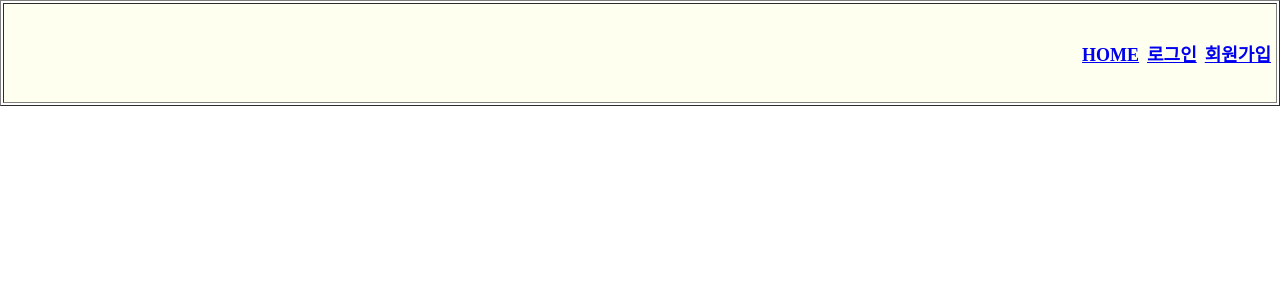
Repository: CHANGMAN-LEE/Java_ee
Page: workspace/test/WebContent/test/index.html
An editor plug-in stored every save of this project. The page is shown before and after the next save, followed by the edit.
The browser window is 1280 px wide. The pictures show the whole page.

Above is the page before, as saved 2020-07-09 05:48:58.

### workspace/test/WebContent/test/index.html
<!DOCTYPE html>
<html>
<head>
<meta charset="EUC-KR">
<title>Insert title here</title>
</head>
<body marginheight="0" marginwidth="0">
<table style="width: 100%; height: 100%" border="1">
	<tr height="100" colspan="2" align="center" style="background-color:#FFFFEBCD">
		<td align="right">
				<a href="../test/index.html"><font size="4"><strong>HOME</strong></font></a>&nbsp;
				<a href="../test/loginForm.jsp"><font size="4"><strong>로그인</strong></font></a>&nbsp;
				<a href="../test/writeForm.jsp"><font size="4"><strong>회원가입</strong></font></a>&nbsp;
		</td>
	</tr>
</table>
</body>
</html>

After the next save:
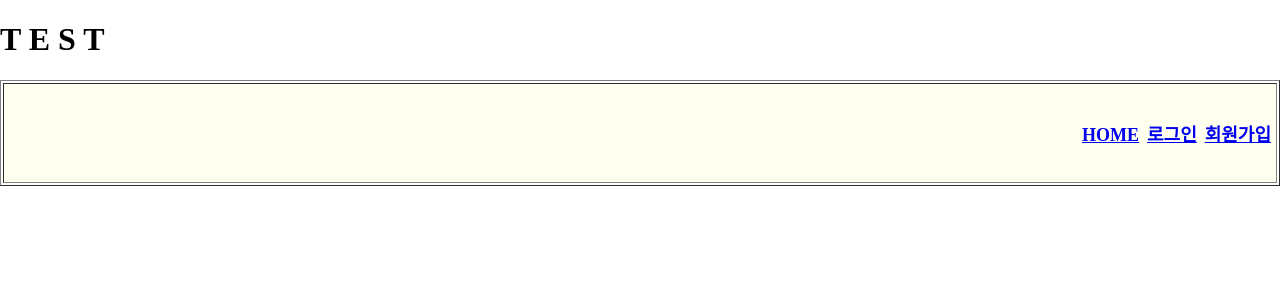
Saved 18 s later.
--- a/workspace/test/WebContent/test/index.html
+++ b/workspace/test/WebContent/test/index.html
@@ -12,6 +12,7 @@
 				<a href="../test/loginForm.jsp"><font size="4"><strong>로그인</strong></font></a>&nbsp;
 				<a href="../test/writeForm.jsp"><font size="4"><strong>회원가입</strong></font></a>&nbsp;
 		</td>
+		<h1>T E S T</h1>
 	</tr>
 </table>
 </body>

After the save that followed:
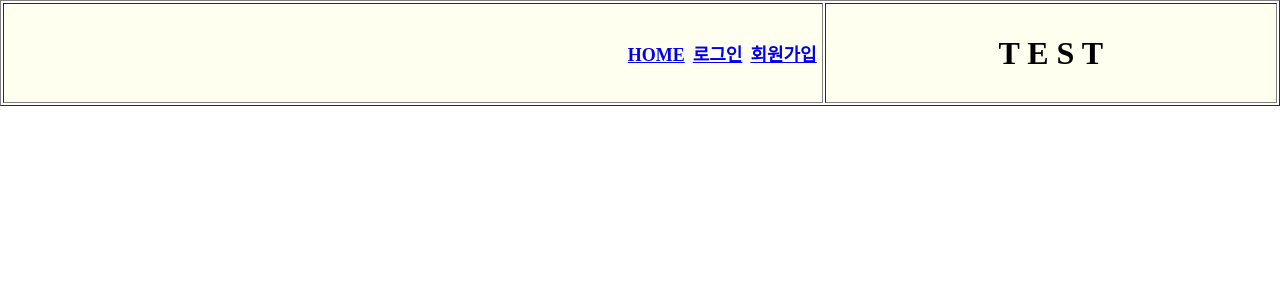
Saved 20 s later.
--- a/workspace/test/WebContent/test/index.html
+++ b/workspace/test/WebContent/test/index.html
@@ -12,7 +12,9 @@
 				<a href="../test/loginForm.jsp"><font size="4"><strong>로그인</strong></font></a>&nbsp;
 				<a href="../test/writeForm.jsp"><font size="4"><strong>회원가입</strong></font></a>&nbsp;
 		</td>
+		<td>
 		<h1>T E S T</h1>
+		</td>
 	</tr>
 </table>
 </body>
